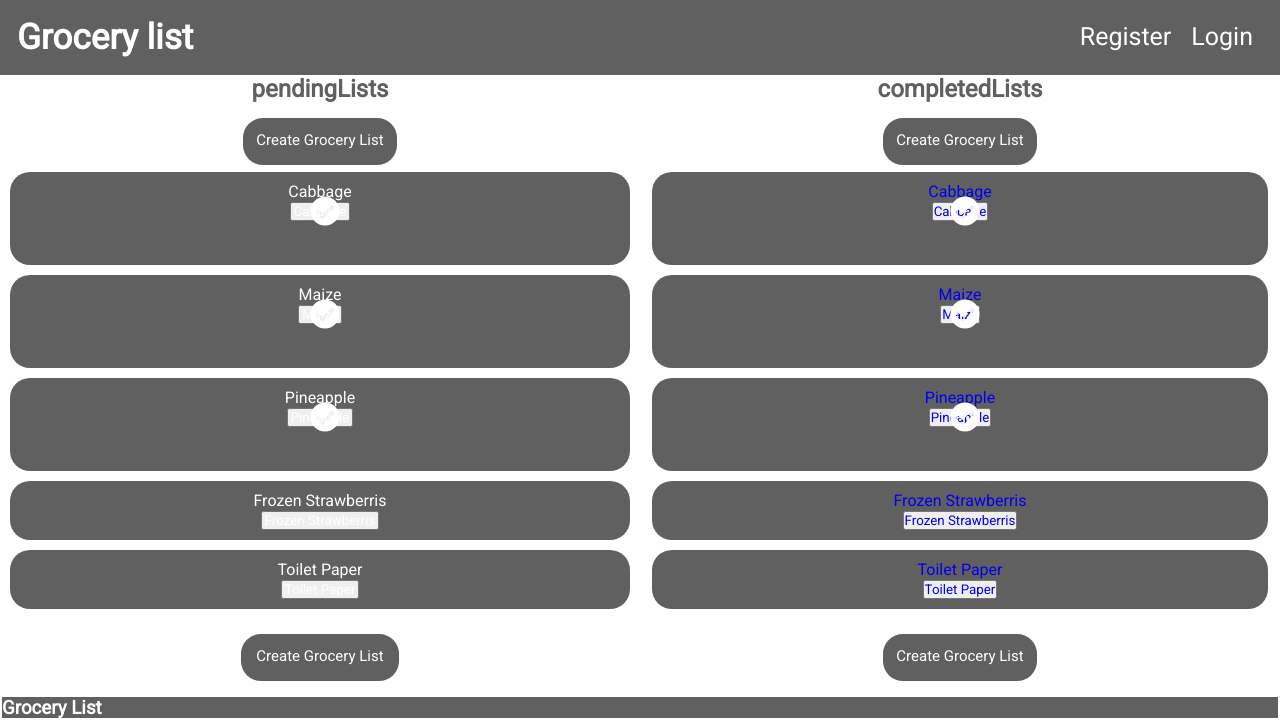
Repository: mhyder1/grocery-client
Page: /grocery-lists
The author's editor kept a copy of each file at every save. The page is drawn from the files as they stood at one save, then again after the next save.
The browser window is 1280 px wide. The pictures show the whole page.
The project was rebuilt for these pictures with package versions that can differ from the ones it lists, and the page was loaded fresh each time. Also part of the build but not shown: src/Components/Errorpage/ErrorPage.js, src/Components/Utils/Utils.css, src/Components/Utils/Utils.js, src/Components/Login/Login.js, src/Components/BackButton/BackButton.js, src/Components/ListForm/ListForm.js, src/Components/CategoriesPage/CategoriesPage.css, src/Components/CategoriesPage/CategoriesPage.js and 3 more. Imported but missing from the stored project, and not drawn on this page: src/services/auth-api-service.

Above is the page before, as saved 2020-12-31 00:15:27.

After the next save:
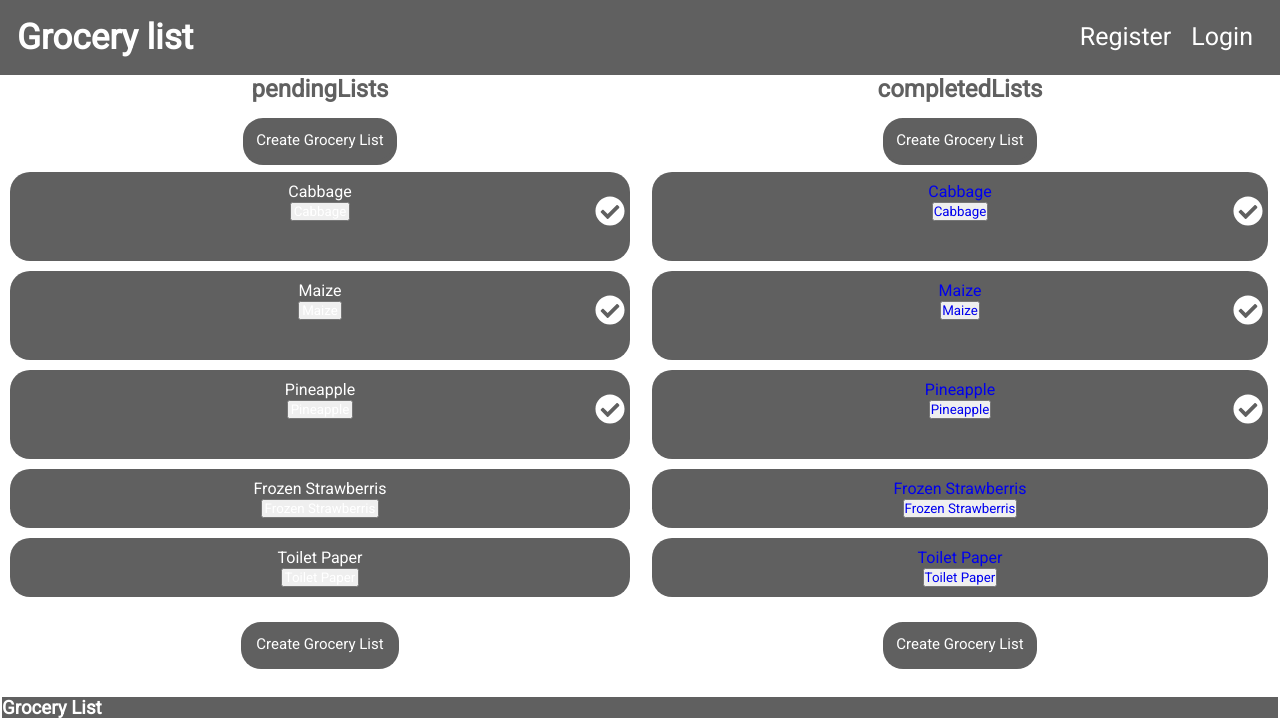
Saved 5 min 51 s later.
--- a/src/App.css
+++ b/src/App.css
@@ -71,6 +71,11 @@
             .pending-lists a:link {
                 color: white;
                 margin: 2px;
+            }
+
+            .checkmark-list {
+                display: flex;
+                flex-direction: row-reverse;
             }
 
             .completed-lists ul a {
